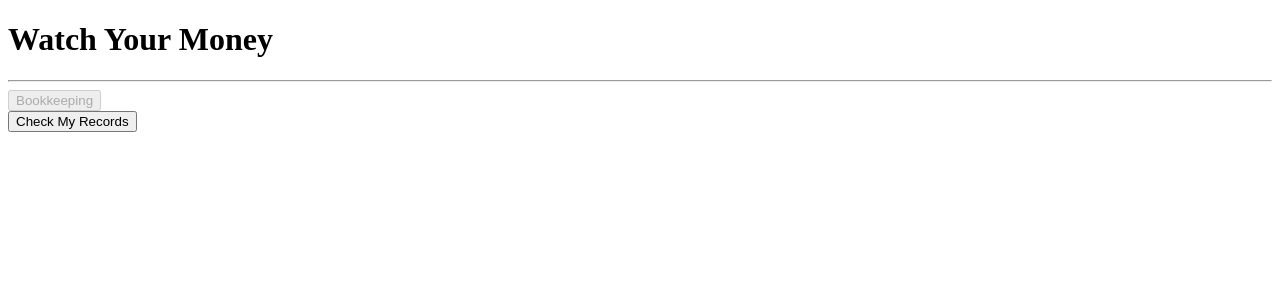
Repository: chelsea9869/Hackathon-TNT
Page: http://localhost/app/watch_your_money.php
These files come from the project's save history. The page is drawn as it stood at one moment and after a run of saves; the edit follows.
The browser window is 1280 px wide. The pictures show the whole page.
The page is run by PHP 8.4 with error messages shown; the project is at /var/www/html/.

Above is the page before, as saved 2020-09-05 10:56:11.

### app/watch_your_money.php
<!DOCTYPE html>
<html lang="en">
<head>
    <meta charset="UTF-8">
    <meta name="viewport" content="width=device-width, initial-scale=1.0">
    <title>Watch Your Money</title>
</head>
<body>
    <h1>Watch Your Money</h1>
    <hr>
    <div name='function' style="width:100%">
        <!-- <div id='dummy' style="width:20%;display: inline-table"></div> -->
        <div id='bookkeeping' style="width:30%;align-items:stretch">
            <button disabled="disabled">Bookkeeping</button>
        </div>
        <div id='check_records' style="width:30%;display: inline-table">
            <button>Check My Records</button>
        </div>
    </div>
</body>
</html>

After the next 2 saves:
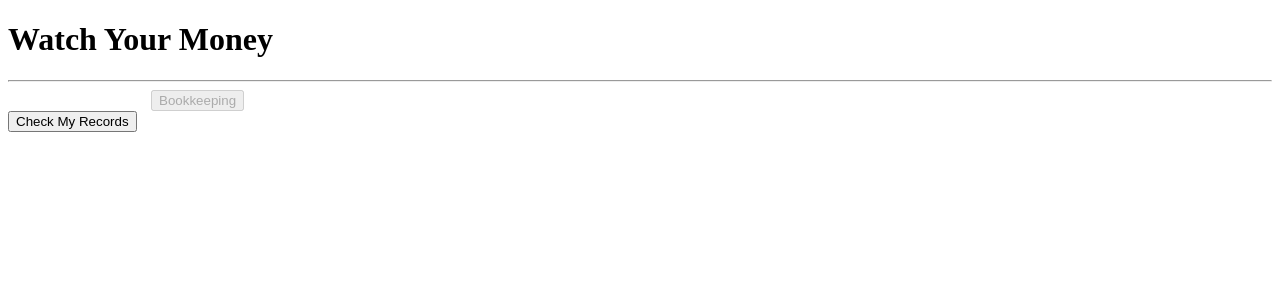
The 2 saves are shown as one change because they came seconds apart.
The last was saved 5 s later.
--- a/app/watch_your_money.php
+++ b/app/watch_your_money.php
@@ -10,7 +10,7 @@
     <hr>
     <div name='function' style="width:100%">
         <!-- <div id='dummy' style="width:20%;display: inline-table"></div> -->
-        <div id='bookkeeping' style="width:30%;align-items:stretch">
+        <div id='bookkeeping' style="width:30%;text-align:center">
             <button disabled="disabled">Bookkeeping</button>
         </div>
         <div id='check_records' style="width:30%;display: inline-table">
